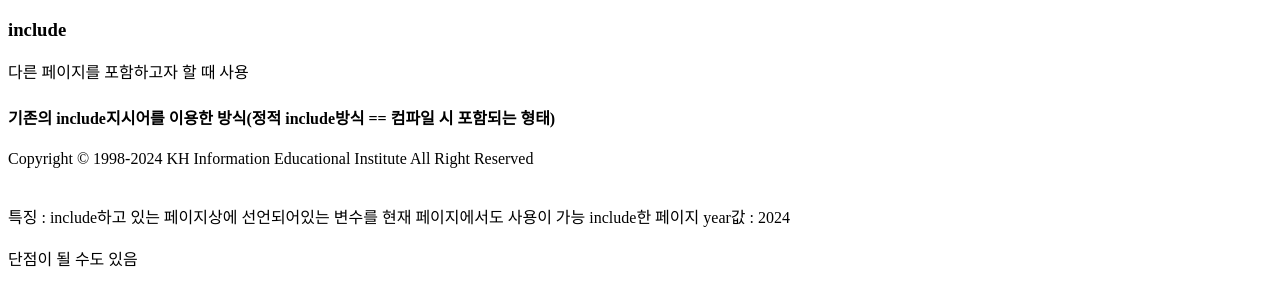
Repository: judeyong/myWebWorkSpace2
Page: http://localhost/Action_Project/views/StandardAction/01_include.jsp
The author's editor kept a copy of each file at every save. The page is drawn from the files as they stood at one save, then again after the next save.
The browser window is 1280 px wide. The pictures show the whole page.
The page is served by Tomcat 9. Other server files are loaded and not shown.

Above is the page before, as saved 2024-04-03 03:24:40.

### Action_Project/WebContent/views/StandardAction/01_include.jsp
<%@ page language="java" contentType="text/html; charset=UTF-8"
    pageEncoding="UTF-8"%>
<!DOCTYPE html>
<html>
<head>
<meta charset="UTF-8">
<title>Insert title here</title>
</head>
<body>

	<h3>include</h3>

	<p>
		다른 페이지를 포함하고자 할 때 사용
	</p>

	<h4>기존의 include지시어를 이용한 방식(정적 include방식 == 컴파일 시 포함되는 형태)</h4>

	<%@ include file="footer.jsp" %>
	<br><br>

	특징 : include하고 있는 페이지상에 선언되어있는 변수를 현재 페이지에서도 사용이 가능

	include한 페이지 year값 : <%= year %><br><br>

	단점이 될 수도 있음



</body>
</html>

### Action_Project/WebContent/views/StandardAction/footer.jsp
<%@ page language="java" contentType="text/html; charset=UTF-8"
    pageEncoding="UTF-8"%>
    <%@ page import="java.text.SimpleDateFormat, java.util.Date" %>
<!DOCTYPE html>
<html>
<head>
<meta charset="UTF-8">
<title>나는 푸터야</title>
</head>
<body>
	<%
		// Date date = new Date();
		// 오늘 날짜
		// 오늘 날짜 기준으로 년도만 뽑아서 채워넣어야함
		// => SimpleDateFormat
		String year = new SimpleDateFormat("yyyy").format(new Date());
	%>

	Copyright © 1998-<%= year %> KH Information Educational Institute All Right Reserved

	<br>

</body>
</html>

After the next save:
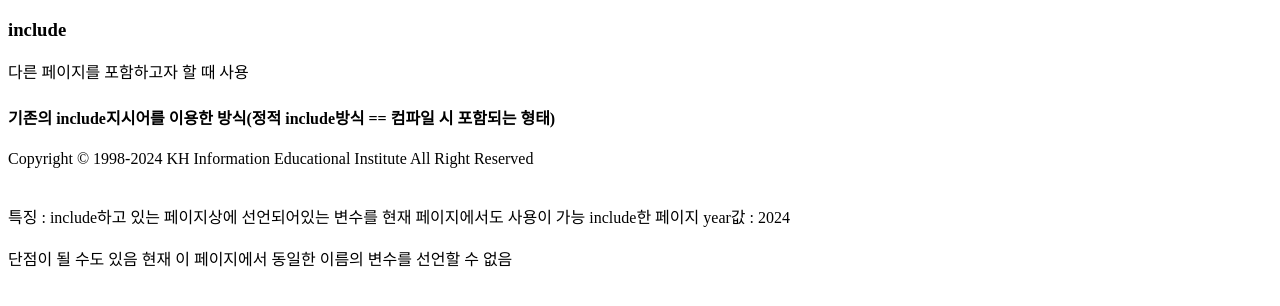
Saved 22 s later.
--- a/Action_Project/WebContent/views/StandardAction/01_include.jsp
+++ b/Action_Project/WebContent/views/StandardAction/01_include.jsp
@@ -24,6 +24,8 @@
 	include한 페이지 year값 : <%= year %><br><br>
 
 	단점이 될 수도 있음
+	현재 이 페이지에서 동일한 이름의 변수를 선언할 수 없음 <br><br>
+
 
 
 
